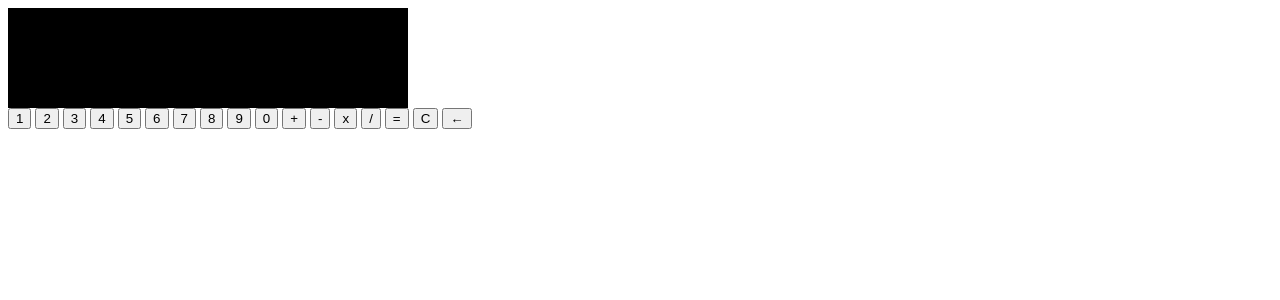
Repository: TEazy2433/LAB-calculator
Page: index.html
An editor plug-in stored every save of this project. The page is shown before and after the next save, followed by the edit.
The browser window is 1280 px wide. The pictures show the whole page.

Above is the page before, as saved 2023-10-13 17:41:35.

After the next save:
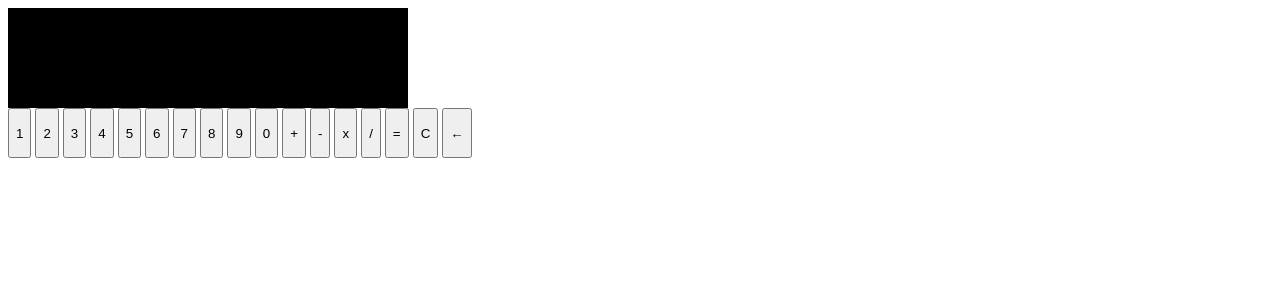
Saved 13 s later.
--- a/main.css
+++ b/main.css
@@ -5,7 +5,7 @@
   align-items: center;
   flex-wrap: flex;
 }
-.buttons{
+button{
   align-items: center;
   height: 50px;
 }
